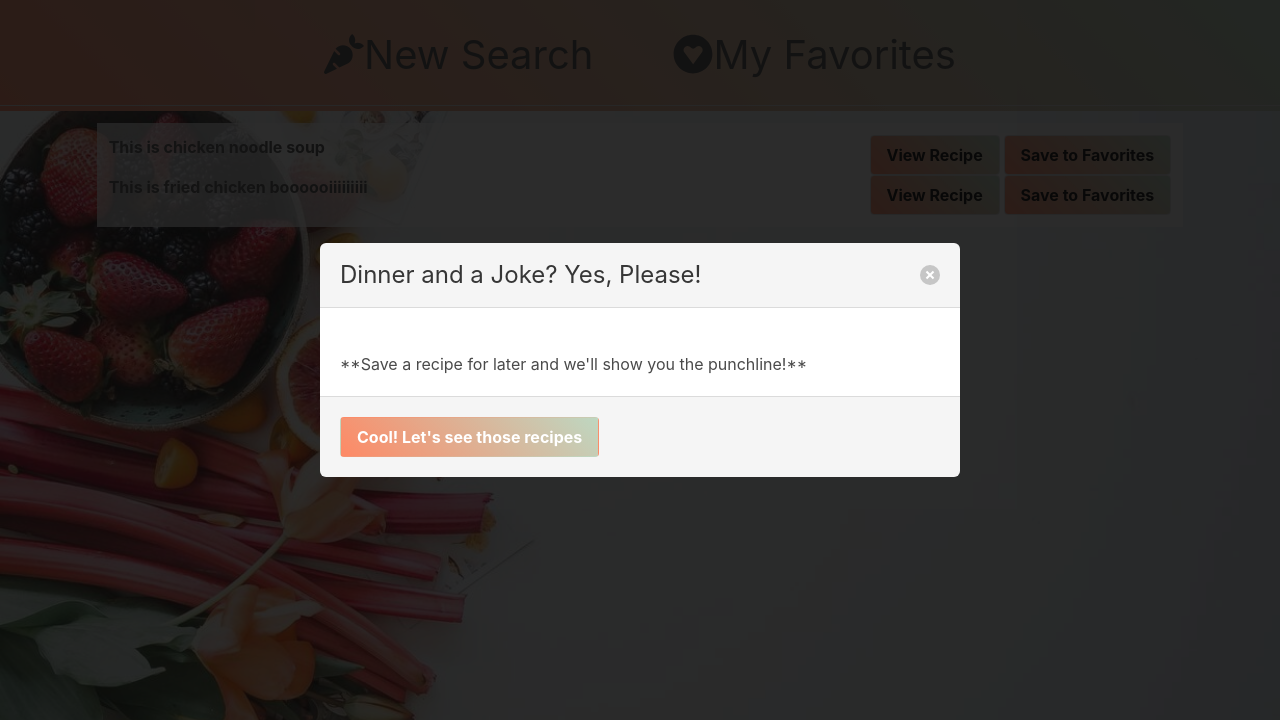
Repository: puakehaulani/the-hungry-app-proj1
Page: results.html
The author's editor kept a copy of each file at every save. The page is drawn from the files as they stood at one save, then again after the next save.
The browser window is 1280 px wide. The pictures show the window.
The page's requests for data from a server got no answer. A layer covers the whole window, so only the first screen is drawn. Some web libraries are served in a nearby version.

Above is the page before, as saved 2020-10-17 13:04:10.

### results.html
<!DOCTYPE html>
<html lang="en">

<head>
    <meta charset="UTF-8">
    <meta name="viewport" content="width=device-width, initial-scale=1.0">
    <title>Results</title>
    <!-- reset css -->
    <link rel="stylesheet" href="assets/style/reset.css">
    <!-- bulma cdn -->
    <link rel="stylesheet" href="https://cdnjs.cloudflare.com/ajax/libs/bulma/0.9.1/css/bulma.min.css">
    <!-- project css style sheet -->
    <link rel="stylesheet" href="assets/style/style.css">
</head>

<body>
    <nav class="tabs is-centered is-size-5-mobile is-size-3-tablet is-size-2-widescreen" role="navigation" aria-label="main navigation">
        <ul>
            <li>
                <!-- search new item link  -->
                <a href="index.html">
                    <span><i class="fas fa-carrot"></i></span>
                    <span>New Search</span>
                </a>
            </li>
            <li>
                <!-- link to favorites page on the left -->
                <a href="favorites.html">
                    <span><i class="fab fa-gratipay"></i></span>
                    <span>My Favorites</span>
                </a>
            </li>
        </ul>
    </nav>
    <div class="columns">
        <div class="column is-offset-1 is-10" id="resultsContentContainer">
            <ul id="display">
                <li>
                    This is chicken noodle soup
                    <div>
                    <a href="" class="button is-inverted is-outlined">View Recipe</a>
                    <button class="button saveBtn is-inverted is-outlined">Save to Favorites</button>
                    </div>
                </li>
                <li>
                    This is fried chicken boooooiiiiiiiii
                <div>
                        <a href="" class="button is-inverted is-outlined">View Recipe</a>
                        <button class="button saveBtn is-inverted is-outlined">Save to Favorites</button>
                    </div>
                </li>
            </ul>
        </div>
    </div>


    <!-- bulma fontawesome -->
    <script defer src="https://use.fontawesome.com/releases/v5.14.0/js/all.js"></script>
    <!-- jquery cdn -->
    <script src="https://code.jquery.com/jquery-3.5.1.min.js"
        integrity="sha256-9/aliU8dGd2tb6OSsuzixeV4y/faTqgFtohetphbbj0=" crossorigin="anonymous"></script>
    <!-- Our JS -->
    <script src="assets/script/results.js"></script>


    <!-- // all code below is for the modal /// -->
    <div class="modal is-active" id="test">
        <div class="modal-background"></div>
        <div class="modal-card">
            <header class="modal-card-head">
                <p class="modal-card-title">Dinner and a Joke? Yes, Please!</p>
                <button class="delete" aria-label="close"></button>
            </header>
            <section class="modal-card-body">
                <h1 id="setup"></h1>
                <br>
                <h3>**Save a recipe for later and we'll show you the punchline!**</h3>
            </section>
            <footer class="modal-card-foot">
                <button class="button is-success" id="showjokesetup">
                    Cool! Let's see those recipes
                </button>
            </footer>
        </div>
    </div>

    <!-- // all code ABOVE is for the modal /// -->
    <!--punchline modal below-->
    <div class="modal" id="punch">
        <div class="modal-background"></div>
        <div class="modal-card">
            <header class="modal-card-head">
                <p class="modal-card-title">Favorite saved! Here's your punchline:</p>
                <button class="delete" aria-label="close"></button>
            </header>
            <section class="modal-card-body">
                <h1 id="punchline"></h1>
            </section>
            <footer class="modal-card-foot">
                <button class="button is-success" id="closepunchline">
                    wow that was hilarious!
                </button>
            </footer>
        </div>
    </div>


</body>

</html>

### assets/style/style.css

html{
    background-image: url(images/foodOnSIde.jpg);
    background-size: cover;
    min-height: 800px;
    background-repeat: no-repeat;
}

.tabs{
    background-image: linear-gradient(45deg, #FE8965, #BED7C1) ;
    padding-bottom: 5px;
    padding-top: 5px;
    color: black !important;
}


.button{
    background-image: linear-gradient(45deg, #FE8965, #BED7C1) ;
    color: black;
    font-weight: bold;
}

.saveBtn{
    background-image: linear-gradient(45deg, #FE8965, #BED7C1) ;
    color: black;
}

/* Elements only in index html */

#indexInstructions{
    background-color: rgb(236,75,70, .75);
}

#indexInstructions p{
    font-weight: bold;
    color: white;
}

#ingredientSearch{
    display: inline-block;
}

th{
    background-image: linear-gradient(45deg, #FE8965, #BED7C1) ;
    color: black !important;
}


/* Elements that only exist on results html*/
#resultsContentContainer{
    background-color: rgb(255, 255, 255, .7);
    color: rgb(76,75,75);
    font-weight: bolder;
    float: left;
}
#display li{
    display: flex;
    justify-content: space-between;
}






#favRecipes{
    min-height: 300px;
    color: black;
    background-color: rgb(256, 256, 256, .9);
    border-radius: 15px;
}

#favRecipes h1{
    background-image: linear-gradient(45deg, #FE8965, #BED7C1) ;
    border-radius: 10px;
}

#favJokes{
    min-height: 300px;
    color: black;
    background-color: rgb(256, 256, 256, .9);
    border-radius: 15px;
}

#favJokes h1{
    background-image: linear-gradient(45deg, #FE8965, #BED7C1) ;
    border-radius: 10px;
}

### assets/script/results.js
// -----GLOBAL VAR-----
// string of user input ingredients from local storage
let ingredientsString = localStorage.getItem("ingredients")
console.log(ingredientsString);

// -----build functions-----

// ---build ingredient endpoint function---
function buildIngredientsURL() {
    let ingredientsAPIURL = "https://api.spoonacular.com/recipes/findByIngredients?"
    let ingredientsParams = {
        //route to user input id for ingredients
        apiKey: "eb7473b82620444ab521e6fa290c08a3",
        //route to user input id for recipe type (query)
        ingredients: ingredientsString,
        // //route to user input id for number of results
        // number: "",
    };
    console.log(ingredientsAPIURL + $.param(ingredientsParams));
    return ingredientsAPIURL + $.param(ingredientsParams);
}


// show results function
function showResults(responseli) {
    // -----build recipe url-----
    let $display = $("#display");
    $display.empty();
    for (i = 0; i < 10; i++) {
        let li = $("<li>");
        let viewBtn = $("<a>");
        let saveBtn = $("<button>");
        li.text(responseli[i].title);
        viewBtn.text("View Recipe");
        viewBtn.attr("class", "button is-inverted is-outlined");
        viewBtn.attr("target", "_blank")
        saveBtn.text("Save to Favorites");
        saveBtn.attr("id", "saveBtn");
        saveBtn.attr("class", "is-inverted is-outlined");

        li.append(viewBtn);
        li.append(saveBtn);
        $display.append(li);

        let recipeId = responseli[i].id;
        console.log(recipeId);
        let recipeAPI = "https://api.spoonacular.com/recipes/" + recipeId + "/information?apiKey=eb7473b82620444ab521e6fa290c08a3&includeNutrition=false";
        // ajax call to get url for recipe, commented out to preserve quota
        $.ajax({
            url: recipeAPI,
            method: "GET",
        }).then(function (response) {
            console.log(response);
            let responseLink = response.sourceUrl;
            console.log(responseLink);
            li.attr("data-link", responseLink);
            viewBtn.attr("href", responseLink);
        })
    }
}


// https://official-joke-api.appspot.com/random_joke
// ----build URL function----

$(document).ready(function () {
    let queryURL = "https://official-joke-api.appspot.com/random_joke";
    $.ajax({
        url: queryURL,
        method: "GET"
    }).then(function (response) {
        console.log(response.setup);
        console.log(response.punchline);
        $("#setup").text(response.setup)
        $("#punchline").text(response.punchline)
        localStorage.setItem("punchline", response.punchline)
        localStorage.setItem("setup", response.setup)
    });

    // event listener and handling for a user that doesn't want to see joke
    $("#nojoke").on("click", function () {
        console.log("no")
    });


    let test = document.querySelector("#test");
    let showjokesetup = document.querySelector("#showjokesetup");
    console.log(showjokesetup);
    showjokesetup.addEventListener("click", function () {
        test.classList.toggle("is-active");
    })
});


// -----CALLS-----
let ingredientAPI = buildIngredientsURL();
//ajax call working, commented out to preserve quota
$.ajax({
    url: ingredientAPI,
    method: "GET",
}).then(function (response) {
    console.log(response);
    showResults(response);
    // click function for save btn, same format as for modal earlier //
    let punch = document.querySelector("#punch");
    let showpunchline = document.querySelector("#saveBtn");
    console.log("lexilog " + showpunchline);
    showpunchline.addEventListener("click", function () {
        punch.classList.toggle("is-active");
        console.log("lexilog2 " + localStorage.getItem("punchline"));
        $("#punchline").text(localStorage.getItem("punchline"));

        //these local storages needs work, this will currently just store one
        // localStorage.setItem("favetitle ", );
        // localStorage.setItem("favelink ", );
    })
    // click function to close modal
    let closepunchline = document.querySelector("#closepunchline");
    console.log("lexilogclose " + closepunchline);
    closepunchline.addEventListener("click", function () {
        punch.classList.toggle("is-active");
    })
})

Loaded but not shown: assets/style/reset.css (common file)

After the next save:
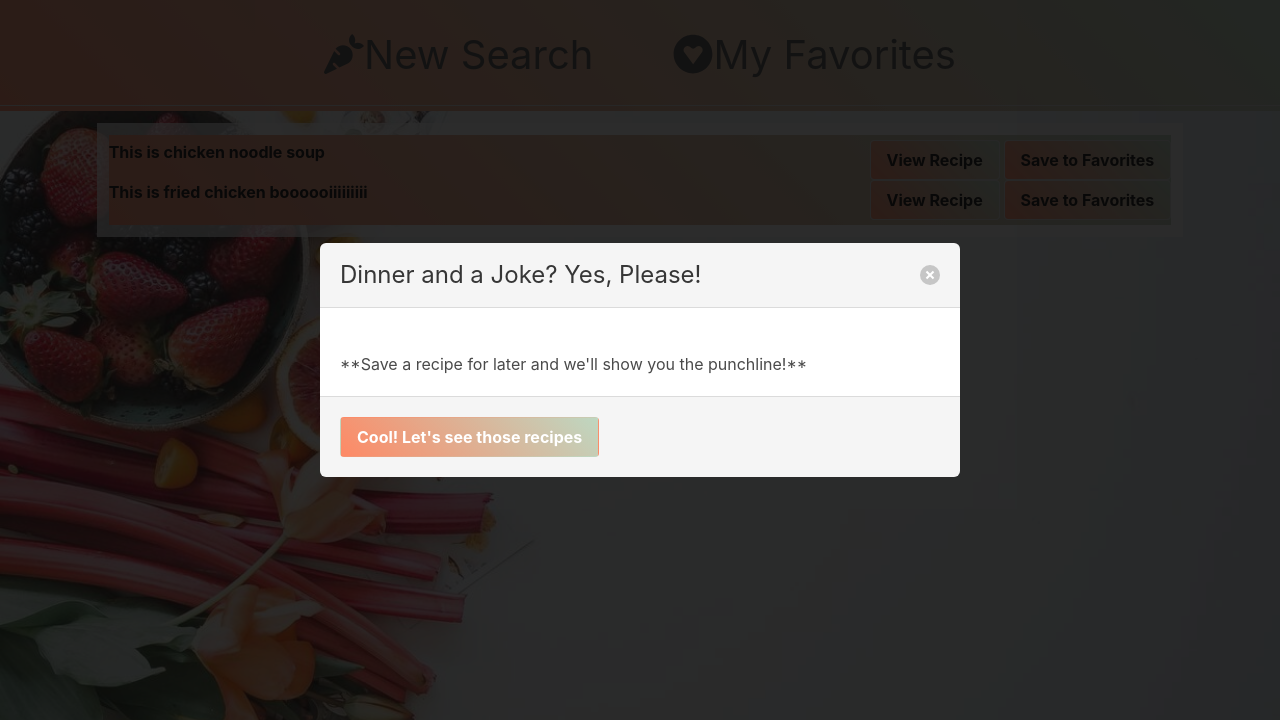
Saved 5 min 28 s later.
--- a/assets/style/style.css
+++ b/assets/style/style.css
@@ -47,7 +47,14 @@ th{
 
 
 /* Elements that only exist on results html*/
-#resultsContentContainer{
+
+#display{
+    background-image: linear-gradient(45deg, #FE8965, #BED7C1) ;
+    padding-bottom: 5px;
+    padding-top: 5px;
+    color: black !important; }
+
+#resultsContentContainer {
     background-color: rgb(255, 255, 255, .7);
     color: rgb(76,75,75);
     font-weight: bolder;
